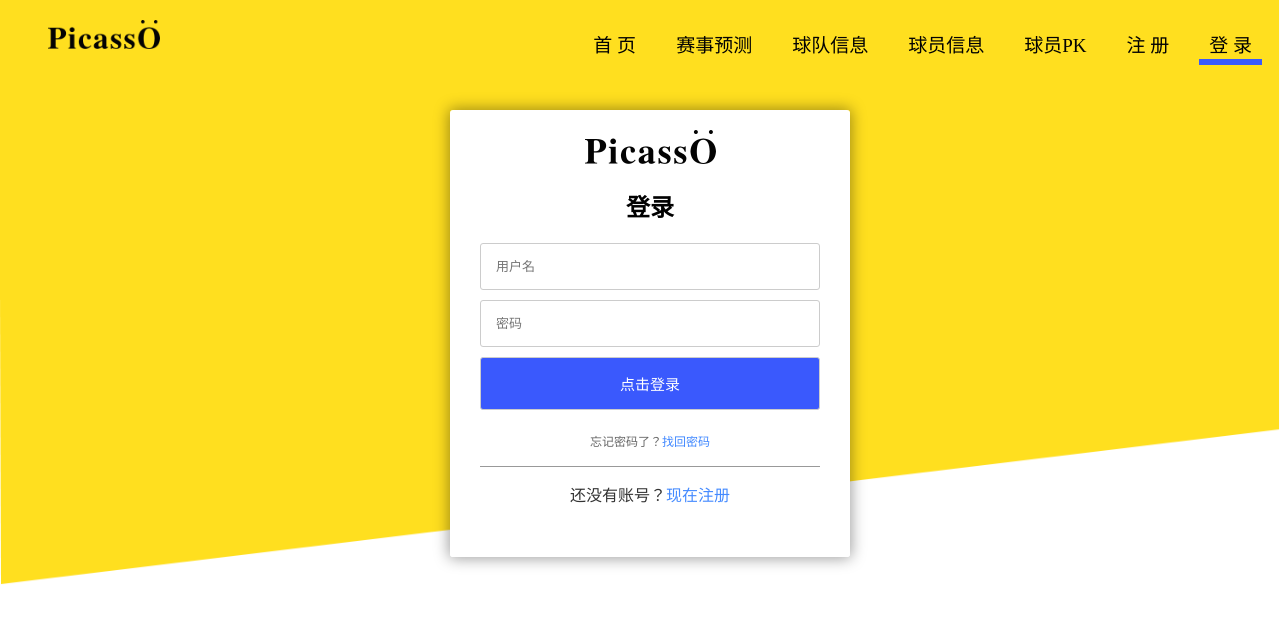
Repository: cciixx/nba-prediction-sys
Page: public/login.html
These files come from the project's save history. The page is drawn as it stood at one moment and after the next save; the edit follows.
The browser window is 1280 px wide. The pictures show the whole page.

Above is the page before, as saved 2020-04-04 11:03:12.

After the next save:
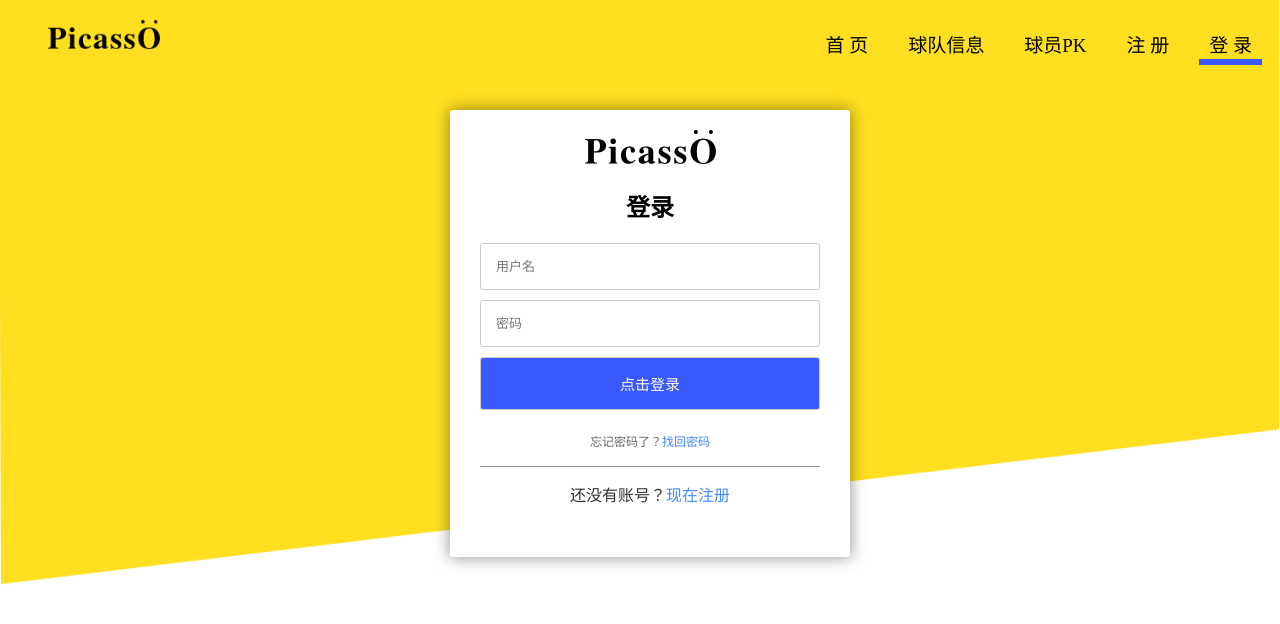
Saved 18 s later.
--- a/public/login.html
+++ b/public/login.html
@@ -19,9 +19,9 @@
 		<li style="border-bottom: 6px solid #3a59fd;"><a href="login.html">登 录</a></li>
 		<li><a href="register.html">注 册</a></li>
 		<li><a href="PK_index.html">球员PK</a></li>
-		<li><a href="player.html">球员信息</a></li>
+		<!-- <li><a href="player.html">球员信息</a></li> -->
 		<li><a href="team.html">球队信息</a></li>
-		<li><a href="predict.html">赛事预测</a></li>
+		<!-- <li><a href="predict.html">赛事预测</a></li> -->
 		<li><a href="index.html">首 页</a></li>
 		<img src="images/logo.png">
 		</ul></div>
